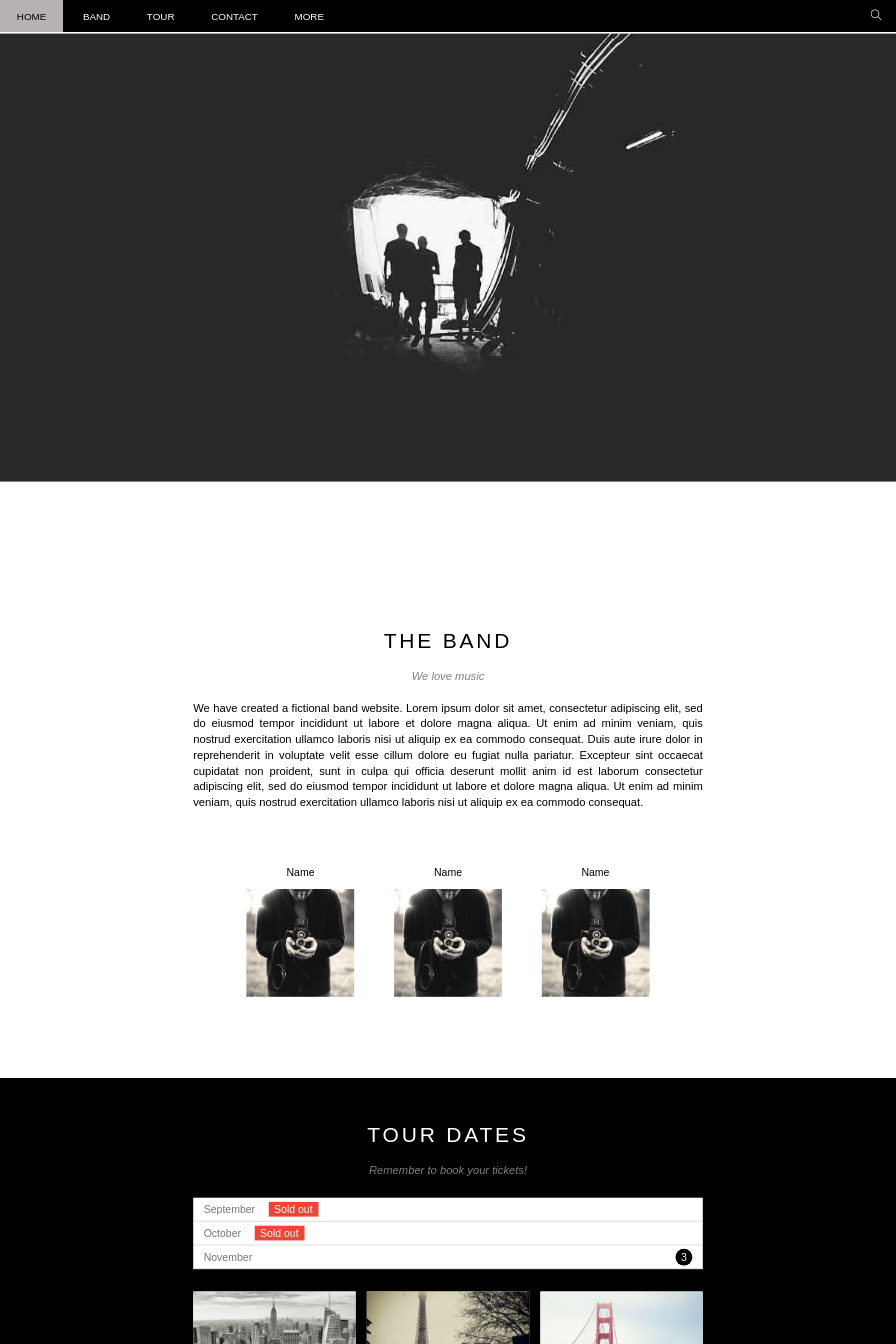
Repository: phamquy01/the-band
Page: index.html
An editor plug-in stored every save of this project. The page is shown before and after the next save, followed by the edit.
The browser window is 1280 px wide. The pictures show the part of the page from y = 0 to 1920 px (the page is 3653 px tall before and 3504 px after), at 70% of full size.

Above is the page before, as saved 2022-04-21 14:42:37.

After the next save:
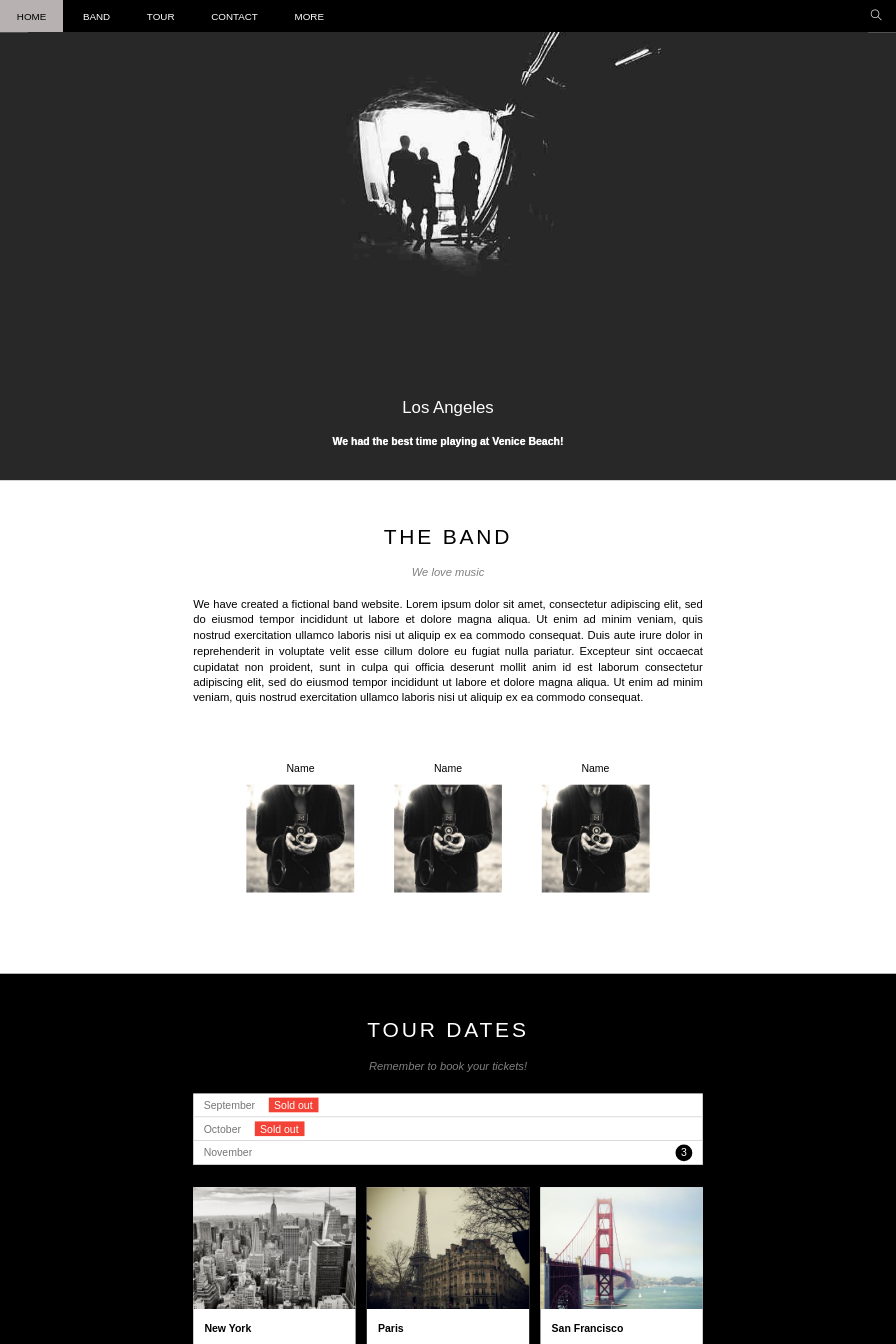
Saved 45 s later.
--- a/assets/css/style.css
+++ b/assets/css/style.css
@@ -100,26 +100,23 @@
 .search-btn:hover {
   background-color: red;
 }
-/* #slider {
+#slider {
   position: relative;
   margin-top: 46px;
   padding-top: 50%;
   background: url(/assets/img/slider1/la.jpg) no-repeat;
   background-size: cover;
   background-position: top center;
-} */
+}
 .text-content {
-  position: relative;
+  position: absolute;
   bottom: 0;
   color: white;
   text-align: center;
+  /* left: 50%;
+    transform: translateX(-50%); */
   width: 100%;
   margin: 48px 0;
-}
-.text-content img {
-  width: 100%;
-  height: 100%;
-  object-fit: cover;
 }
 .text-heading {
   margin: 25px 0;
